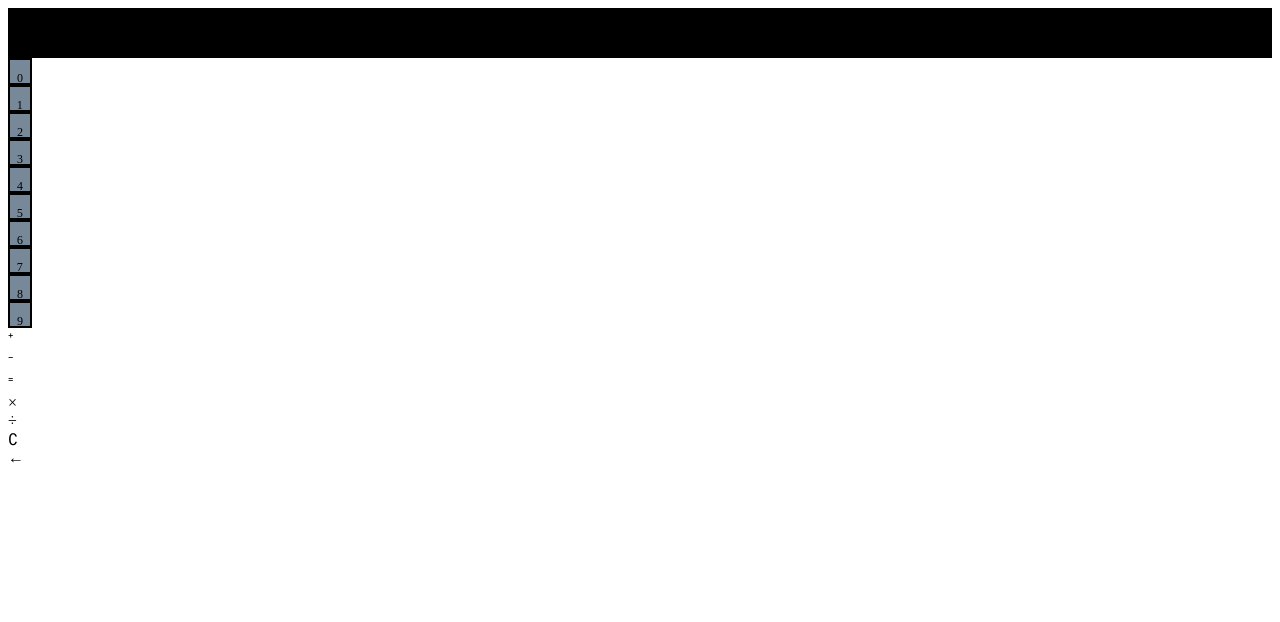
Repository: TEazy2433/LAB-calculator
Page: index.html
An editor plug-in stored every save of this project. The page is shown before and after the next save, followed by the edit.
The browser window is 1280 px wide. The pictures show the whole page.

Above is the page before, as saved 2023-10-12 21:02:38.

### index.html
<!DOCTYPE html>
<html lang="en">
<head>
  <meta charset="UTF-8">
  <meta name="viewport" content="width=device-width, initial-scale=1.0">
  <title>calculator</title>
  <link rel="stylesheet" href="main.css">
</head>
<body>
  <div class="container"></div>
    <div class="display"></div>
    <div class="buttons"></div>
      <div class="numbers"></div>
        <div class="number">&#8320;</div>
        <div class="number">&#8321;</div>
        <div class="number">&#8322;</div>
        <div class="number">&#8323;</div>
        <div class="number">&#8324;</div>
        <div class="number">&#8325;</div>
        <div class="number">&#8326;</div>
        <div class="number">&#8327;</div>
        <div class="number">&#8328;</div>
        <div class="number">&#8329;</div>
        <div class="operator">&#8314;</div>
        <div class="operator">&#8315;</div>
        <div class="operator">&#8316;</div>
        <div class="operator">&#215;</div>
        <div class="operator">&#247;</div>
        <div class="clear">&#8705;</div>
        <div class="arrow">&#8592;</div>
    </div>
  </div>
</body>
</html>

### main.css
.container{
  background-color: white;
  width: 500%;
  margin: auto;
}

.container{
  width: 100%;
  background-color: black;
  height: 50px;
  font-size: 48px;
  display: flex;
  justify-content: flex-end;
}
.number{
  font-size: 20px;
  width: 20px;
  border: solid black 2px;
  background-color: lightslategrey;
  text-align: center;



}

After the next save:
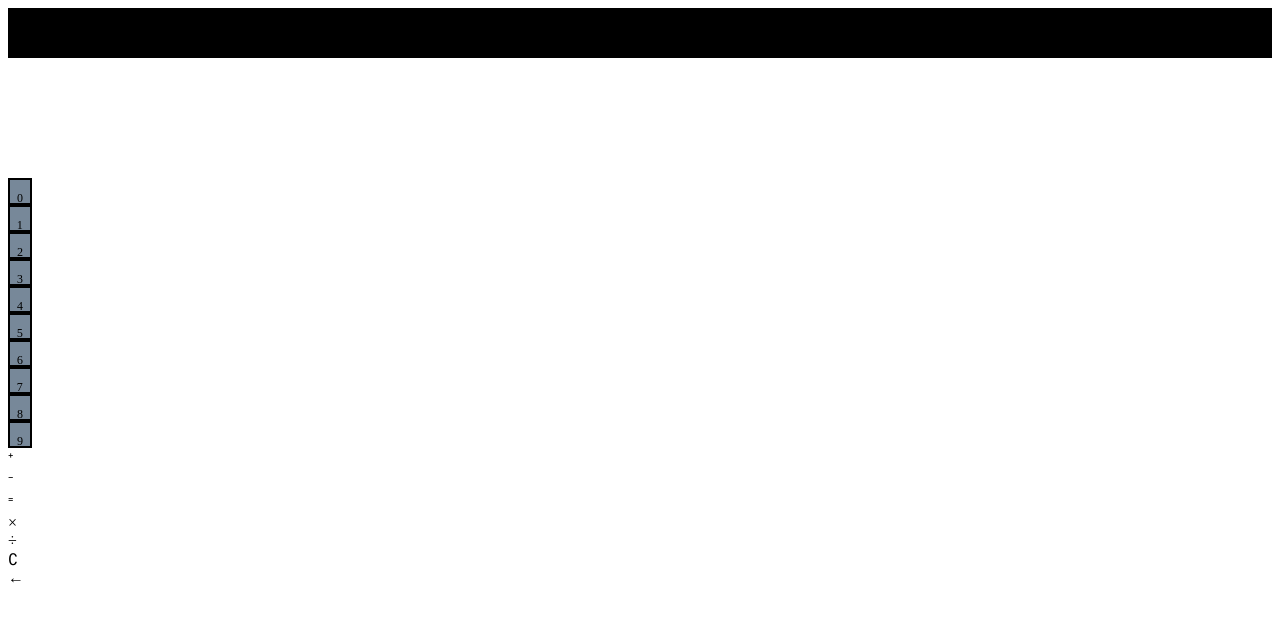
Saved 51 s later.
--- a/main.css
+++ b/main.css
@@ -18,7 +18,12 @@
   border: solid black 2px;
   background-color: lightslategrey;
   text-align: center;
-
-
-
 }
+.buttons{
+  width: 100%;
+  display: grid;
+  grid-template-columns: repeat(4, 1fr);
+  grid-template-rows: repeat(auto-fill, 120px);
+  grid-row-gap: .5em;
+  grid-column-gap: 1em;
+}

After the save that followed:
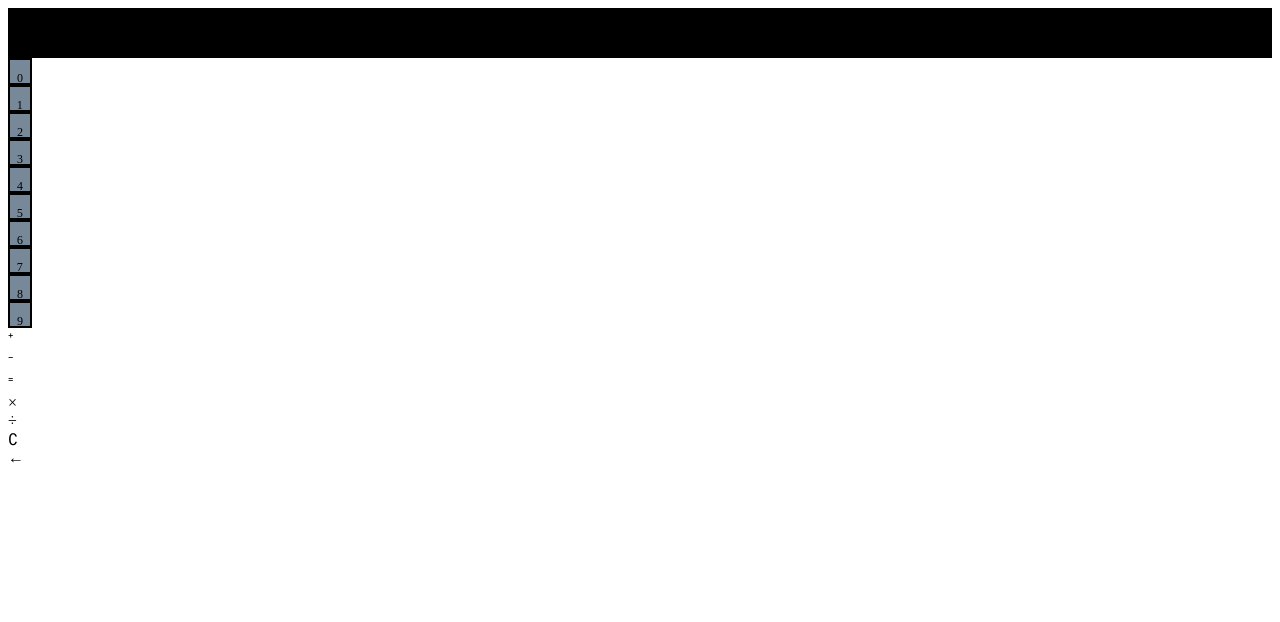
Saved 17 s later.
--- a/main.css
+++ b/main.css
@@ -2,6 +2,12 @@
   background-color: white;
   width: 500%;
   margin: auto;
+  width: 100%;
+  display: grid;
+  grid-template-columns: repeat(4, 1fr);
+  grid-template-rows: repeat(auto-fill, 120px);
+  grid-row-gap: .5em;
+  grid-column-gap: 1em;
 }
 
 .container{
@@ -20,10 +26,5 @@
   text-align: center;
 }
 .buttons{
-  width: 100%;
-  display: grid;
-  grid-template-columns: repeat(4, 1fr);
-  grid-template-rows: repeat(auto-fill, 120px);
-  grid-row-gap: .5em;
-  grid-column-gap: 1em;
+
 }
